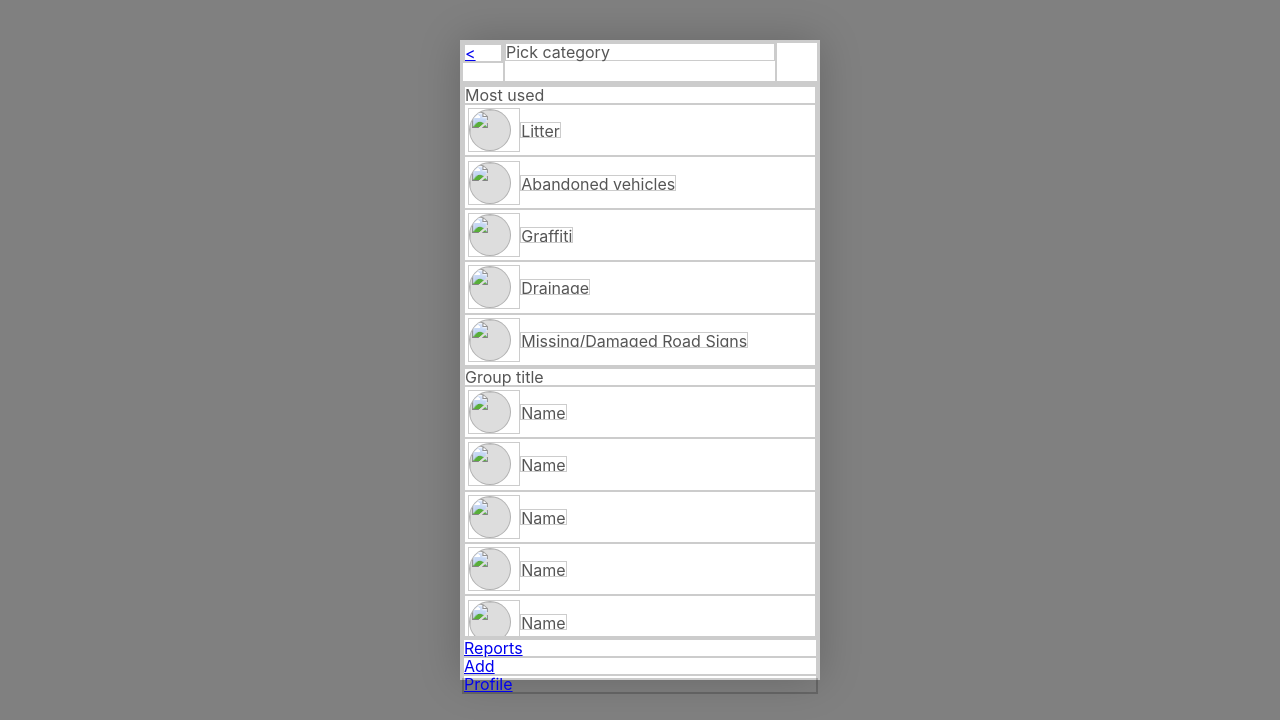
Repository: aleksandrenko/html-css-playground
Page: add report.html
The author's editor kept a copy of each file at every save. The page is drawn from the files as they stood at one save, then again after the next save.
The browser window is 1280 px wide. The pictures show the whole page.

Above is the page before, as saved 2018-01-18 18:31:00.

### add report.html
<!DOCTYPE html>
<html lang="en">
<head>
  <meta charset="UTF-8">
  <link rel="stylesheet" href="./css/shared.css">
  <link rel="stylesheet" href="./css/pages/categories.css">
</head>
<body>

<app>
  <header>
    <left>
      <history-control>
        <a href="#"><</a>
      </history-control>
    </left>
    <middle>
      <page-name>Pick category</page-name>
    </middle>
    <right></right>
  </header>
  <main>
    <categories>
      <group>
        <title>Most used</title>
        <category>
            <picture><img src="./" alt=""></picture>
            <name>Litter</name>
          </category>
          <category>
            <picture><img src="./" alt=""></picture>
            <name>Abandoned vehicles</name>
          </category>
          <category>
            <picture><img src="./" alt=""></picture>
            <name>Graffiti</name>
          </category>
          <category>
            <picture><img src="./" alt=""></picture>
            <name>Drainage</name>
          </category>
          <category>
            <picture><img src="./" alt=""></picture>
            <name>Missing/Damaged Road Signs</name>
          </category>
      </group>

      <group>
          <title>Group title</title>
          <category>
              <picture><img src="./" alt=""></picture>
              <name>Name</name>
            </category>
            <category>
              <picture><img src="./" alt=""></picture>
              <name>Name</name>
            </category>
            <category>
              <picture><img src="./" alt=""></picture>
              <name>Name</name>
            </category>
            <category>
              <picture><img src="./" alt=""></picture>
              <name>Name</name>
            </category>
            <category>
              <picture><img src="./" alt=""></picture>
              <name>Name</name>
            </category>
            <category>
              <picture><img src="./" alt=""></picture>
              <name>Name</name>
            </category>
            <category>
              <picture><img src="./" alt=""></picture>
              <name>Name</name>
            </category>
            <category>
              <picture><img src="./" alt=""></picture>
              <name>Name</name>
            </category>
            <category>
              <picture><img src="./" alt=""></picture>
              <name>Name</name>
            </category>
            <category>
              <picture><img src="./" alt=""></picture>
              <name>Name</name>
            </category>
            <category>
              <picture><img src="./" alt=""></picture>
              <name>Name</name>
            </category>
        </group>
    </categories>
  </main>
  <footer>
    <nav>
      <a href="#">Reports</a>
      <a href="#">Add</a>
      <a href="report.html">Profile</a>
    </nav>
  </footer>
</app>

</body>
</html>

### css/shared.css
@import "config.css";
@import "reset.css";
@import "global.css";

@import "debug.css";

@import "layout.css";

### css/pages/categories.css
categories {
}

categories group title {

}

categories group category {
  padding: 0.2rem;
  display: flex;
  flex-direction: row;
  align-items: center;
}

categories group picture img {
  display: block;
  width: 42px;
  height: 42px;
  background: #ddd;
  border-radius: 50%;
  margin-right: 0.5rem;
}

categories group name {
  overflow: hidden;
  text-overflow: ellipsis;
  height: 1rem;
}

### index.html
<!DOCTYPE html>
<html lang="en">
<head>
  <meta charset="UTF-8">
  <link rel="stylesheet" href="./css/shared.css">
  <link rel="stylesheet" href="./css/pages/splash.css">
</head>
<body>

<app>
  <splash>
    <h1>Ready to report?</h1>
    <h2>Report, track and discuss local problems!</h2>
    <login-button><a href="reports.html">Facebook</a></login-button>
  </splash>
</app>

</body>
</html>

### css/config.css
:root {
    --header-height: 42px;
    --footer-height: 42px;

    --min-width: 320px;
    --min-height: 460px;

    --text-global-color: #555;
    --text-global-font: "SF Pro Display", "SF Pro Icons", "Helvetica Neue", "Helvetica", "Roboto", "Arial" ,sans-serif;
}

### css/reset.css
html, body, div, span,
h1, h2, h3, h4, h5, h6, p,
a, abbr, acronym, address, img,
small, strike, strong,
b, u, i, center, ol, ul, li,
fieldset, form, label, footer, header,
menu, nav, section {
    margin: 0;
    padding: 0;
    border: 0;
    font-size: 100%;
    font: inherit;
    vertical-align: baseline;
}
/* HTML5 display-role reset for older browsers */
article, aside, details, figcaption, figure,
footer, header, hgroup, menu, nav, section {
    display: block;
}
body {
    line-height: 1;
}
ol, ul {
    list-style: none;
}

### css/global.css
body {
    min-height: var(--min-height);
    min-width: var(--min-width);
}

* {
    box-sizing: border-box;
    display: block;
}

app {
    font-family: var(--text-global-font);
    font-size: 1rem;
    color: var(--text-global-color);
    background: white;

}

### css/debug.css

body {
  background: gray;
}

body * {
  border: solid 1px rgba(0,0,0,0.2);
}

app {
  width: 360px;
  height: 640px;
  box-shadow: 0 0 40px rgba(0, 0, 0, .2);

  top: 50% !important;
  left: 50% !important;
  bottom: auto;
  right: auto;
  transform: translate(-50%, -50%);
}

### css/layout.css
app {
  display: flex;
  flex-direction: column;
  position: fixed;
  top: 0;
  bottom: 0;
  left: 0;
  right: 0;
}

/* app header */

app header {
  display: flex;
  height: 42px;
}

app header left {
  width: 42px;
}

app header middle {
  flex: 1;
}

app header right {
  width: 42px;
}

/* app main */

app main {
  flex: 1;
  position: relative;
  overflow: hidden;
}

/* app footer */

app footer {
  height: 42px;
}

After the next save:
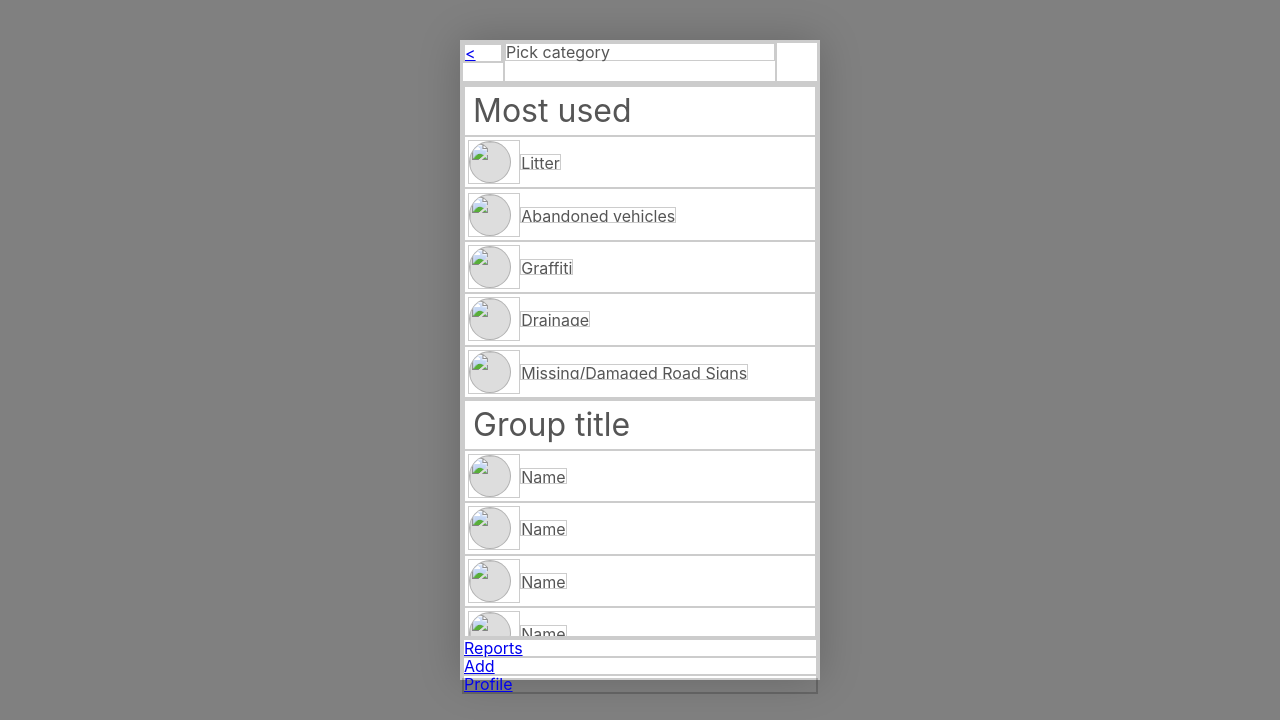
Saved 11 s later.
--- a/css/pages/categories.css
+++ b/css/pages/categories.css
@@ -2,7 +2,8 @@ categories {
 }
 
 categories group title {
-
+  font-size: 2rem;
+  padding: 0.5rem;
 }
 
 categories group category {
